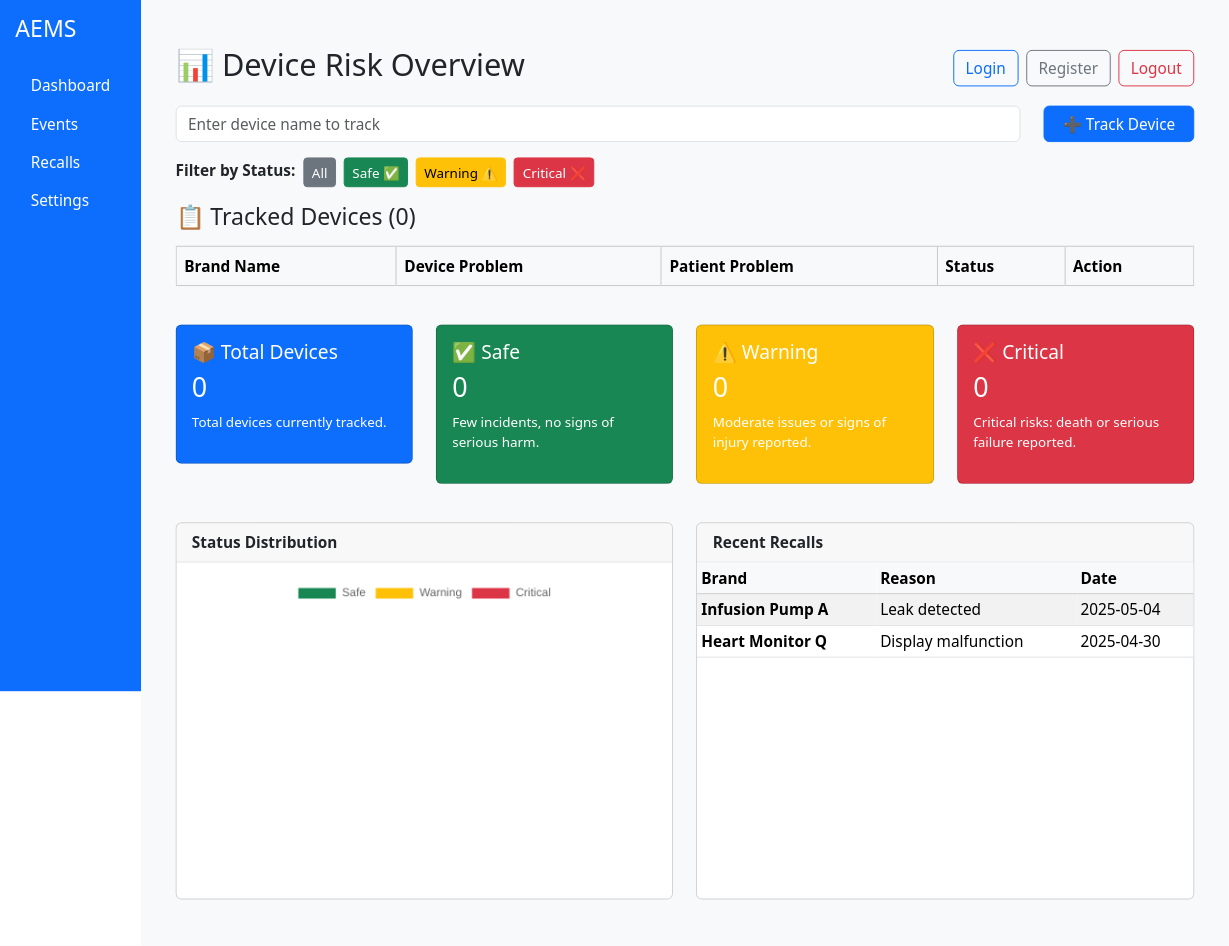
Repository: Sarary2/AEMS_2MVP
Page: / (app in frontend/AEMS/)
The author's editor kept a copy of each file at every save. The page is drawn from the files as they stood at one save, then again after the next save.
The browser window is 1280 px wide. The pictures show the whole page, at 96% of full size.
The page's requests for data from a server got no answer. The project was rebuilt for these pictures with package versions that can differ from the ones it lists, and the page was loaded fresh each time. No one was signed in, and anything a server would have sent is missing. Also part of the build but not shown: frontend/AEMS/vite.config.js, frontend/AEMS/src/components/DeviceRow.jsx, frontend/AEMS/src/pages/Events.jsx, frontend/AEMS/src/firebase.js, frontend/AEMS/src/pages/Login.jsx, frontend/AEMS/src/pages/Register.jsx.

Above is the page before, as saved 2025-05-06 13:15:19.

After the next save:
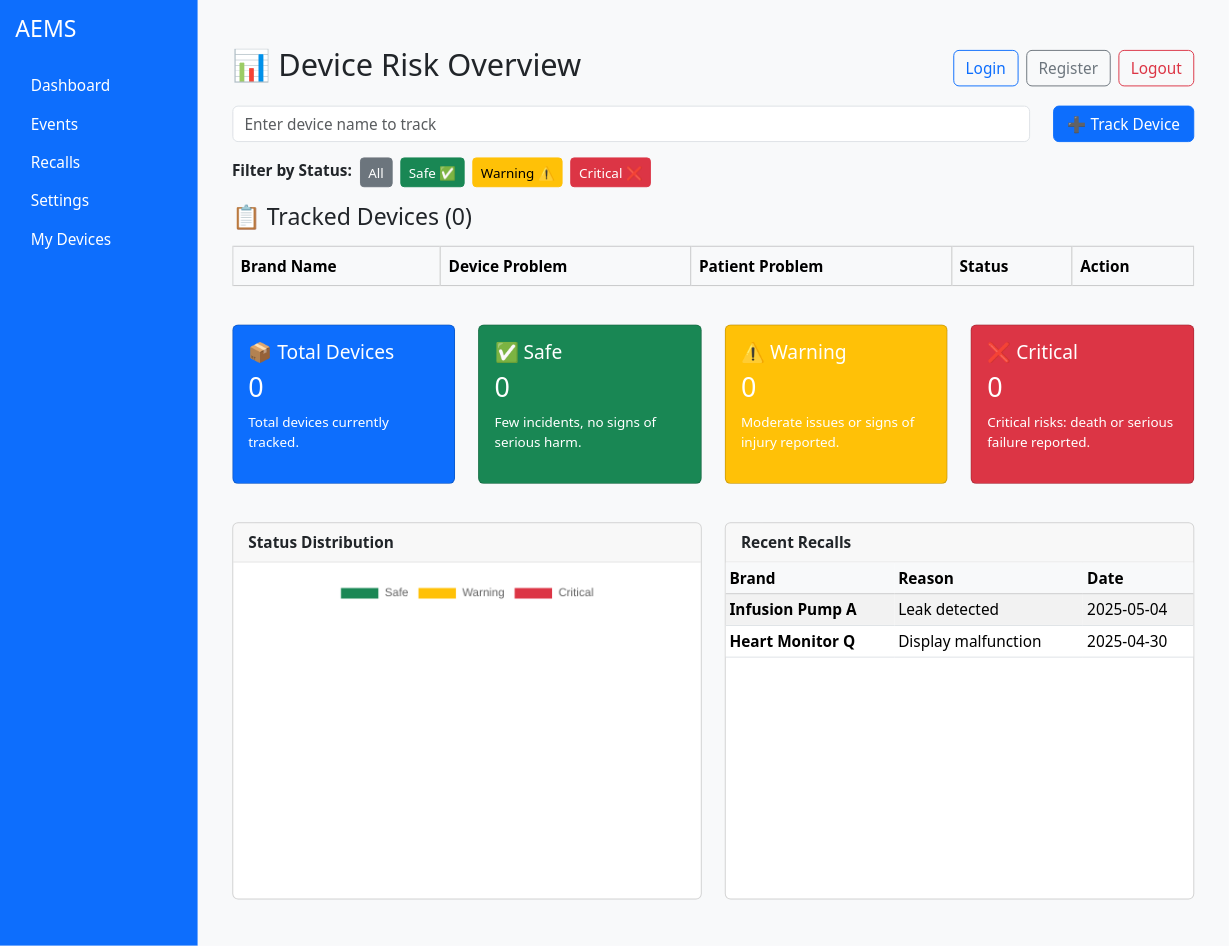
Saved 26 s later.
--- a/frontend/AEMS/src/components/Sidebar.jsx
+++ b/frontend/AEMS/src/components/Sidebar.jsx
@@ -2,16 +2,24 @@ import { Link } from 'react-router-dom';
 
 export default function Sidebar() {
   return (
-    <div className="bg-primary text-white vh-100 p-3">
-      <h4 className="text-white">AEMS</h4>
-      <ul className="nav flex-column mt-4">
-        <li className="nav-item"><Link className="nav-link text-white" to="/">Dashboard</Link></li>
-        <li className="nav-item"><Link className="nav-link text-white" to="/events">Events</Link></li>
-        <li className="nav-item"><Link className="nav-link text-white" to="/recalls">Recalls</Link></li>
-        <li className="nav-item"><Link className="nav-link text-white" to="/settings">Settings</Link></li>
+    <div className="bg-primary text-white d-flex flex-column p-3" style={{ width: '250px', minHeight: '100vh' }}>
+      <h4 className="text-white mb-4">AEMS</h4>
+      <ul className="nav flex-column">
         <li className="nav-item">
-  <a className="nav-link" href="/tracked">My Devices</a>
-</li>
+          <Link className="nav-link text-white" to="/">Dashboard</Link>
+        </li>
+        <li className="nav-item">
+          <Link className="nav-link text-white" to="/events">Events</Link>
+        </li>
+        <li className="nav-item">
+          <Link className="nav-link text-white" to="/recalls">Recalls</Link>
+        </li>
+        <li className="nav-item">
+          <Link className="nav-link text-white" to="/settings">Settings</Link>
+        </li>
+        <li className="nav-item">
+          <Link className="nav-link text-white" to="/tracked">My Devices</Link>
+        </li>
       </ul>
     </div>
   );
